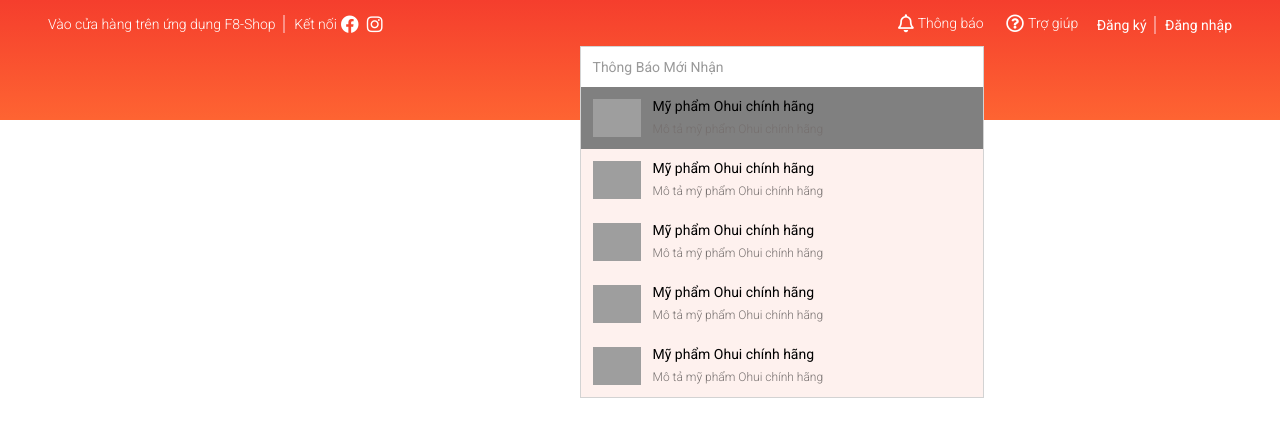
Repository: vanntrong/F8-Shop
Page: index.html
An editor plug-in stored every save of this project. The page is shown before and after the next save, followed by the edit.
The browser window is 1280 px wide. The pictures show the whole page.
The pointer rests on the first visible `.header__notify-item`.
Pictures or frames that could not be fetched are drawn as grey boxes.

Above is the page before, as saved 2021-09-01 18:28:05.

After the next save:
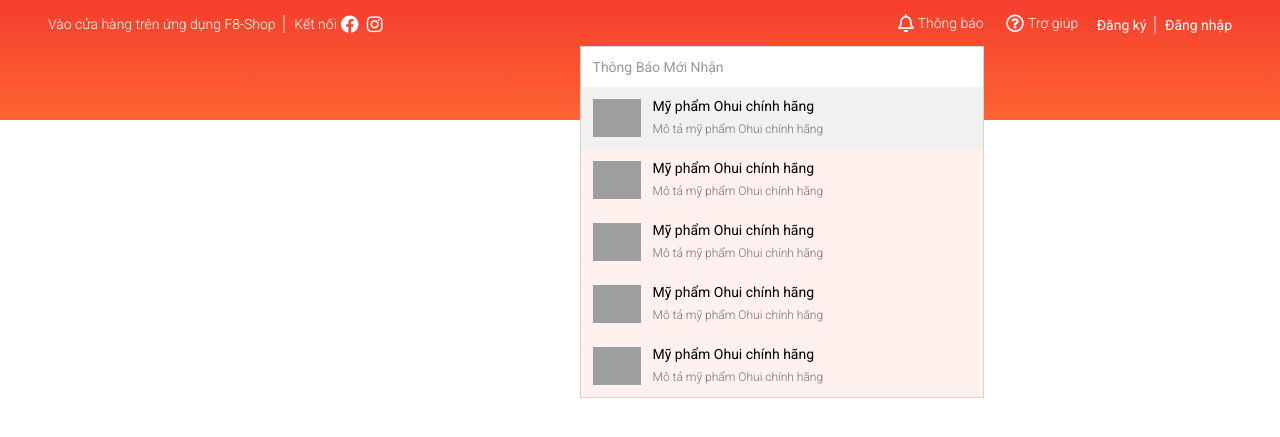
Saved 13 s later.
--- a/assets/css/main.css
+++ b/assets/css/main.css
@@ -140,7 +140,7 @@
   background-color: rgba(238, 77, 45, 0.08);
 }
 .header__notify-item:hover {
-  background-color: gray;
+  background-color: #f1f1f1;
 }
 .header__notify-link {
   width: 100%;
